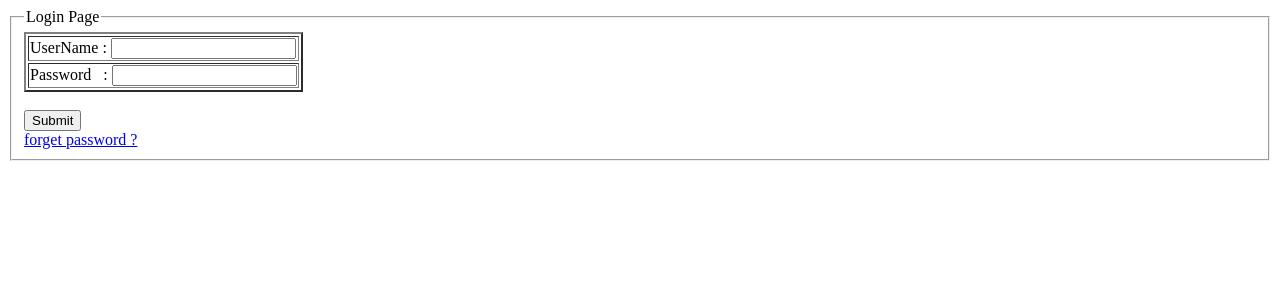
Repository: vishaldhardubey/Java-Programs-BridgeIT
Page: Maven/StudentInfoApplication/WebContent/loginPage.html
The author's editor kept a copy of each file at every save. The page is drawn from the files as they stood at one save, then again after the next save.
The browser window is 1280 px wide. The pictures show the whole page.

Above is the page before, as saved 2018-06-20 06:26:39.

After the next save:
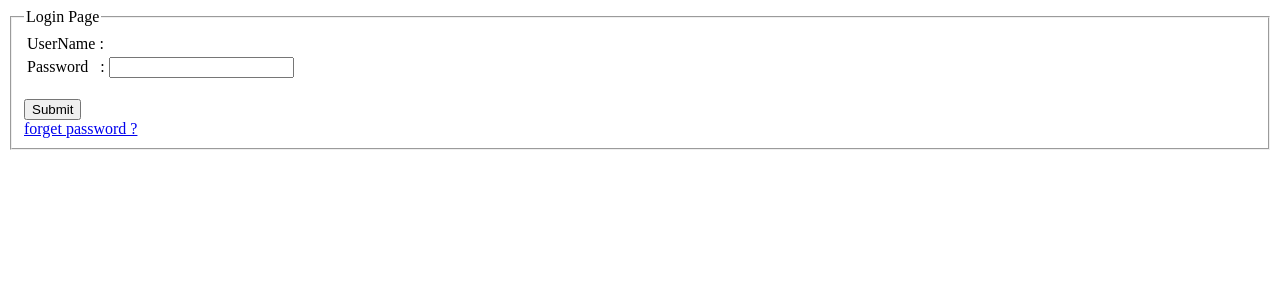
Saved 52 s later.
--- a/Maven/StudentInfoApplication/WebContent/loginPage.html
+++ b/Maven/StudentInfoApplication/WebContent/loginPage.html
@@ -14,10 +14,10 @@ function Validation(){
 <fieldset title="Change Password">
 <legend> Login Page</legend>
 <form action="login" method="POST">
-	<table border="2">
+	<table>
 	<tr>
 		<td>
-		UserName : <input type="text" name="user">
+		UserName :
 		</td>
 		</tr>
 		<tr>
